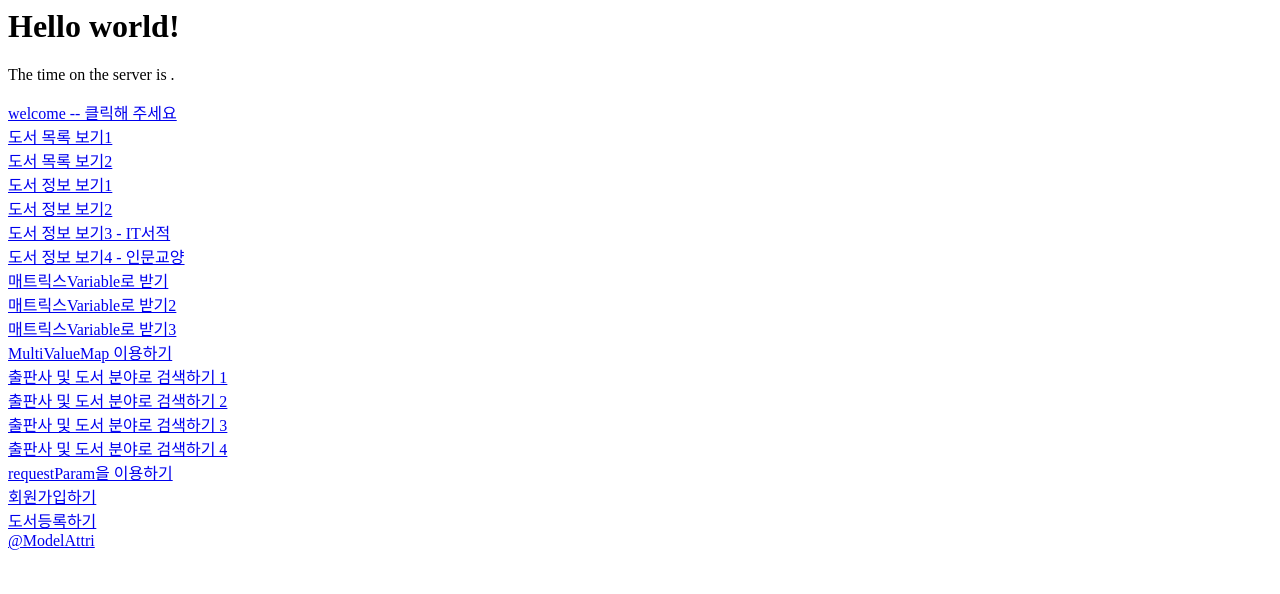
Repository: heojun0827/SpringLegacy
Page: http://localhost/book/WEB-INF/views/home.jsp
The author's editor kept a copy of each file at every save. The page is drawn from the files as they stood at one save, then again after the next save.
The browser window is 1280 px wide. The pictures show the whole page.
The page is served by Tomcat 9. Nobody is signed in. The template is opened directly, without the code that normally fills it, so the values that code supplies are empty.

Above is the page before, as saved 2023-07-12 05:26:56.

After the next save:
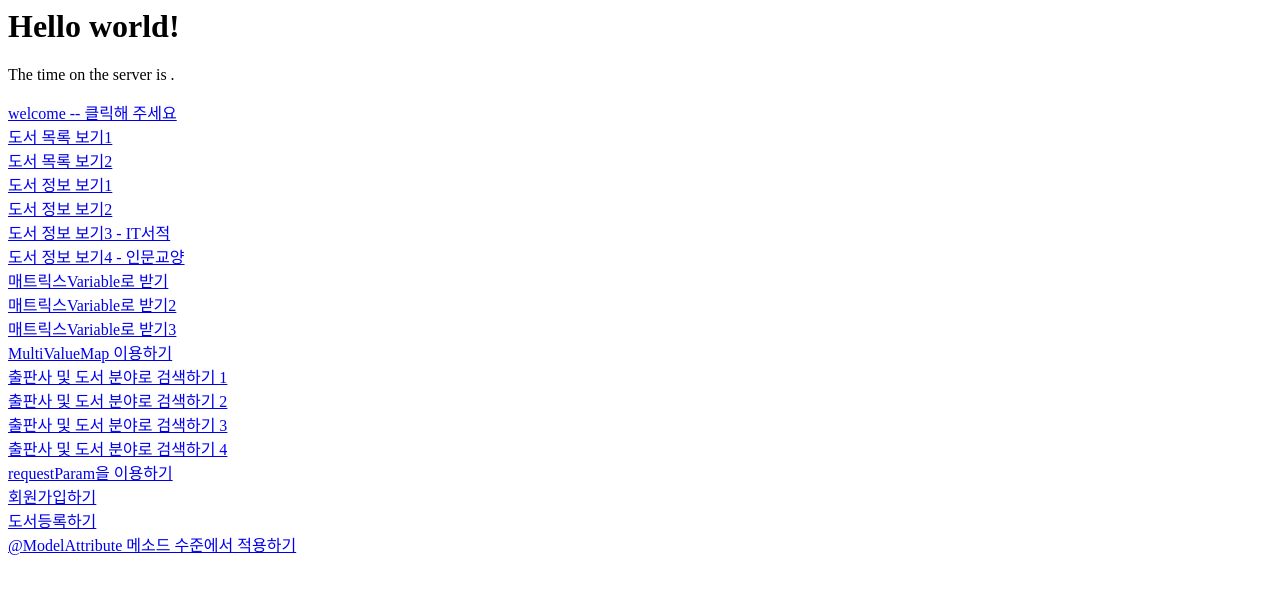
Saved 5 s later.
--- a/book/src/main/webapp/WEB-INF/views/home.jsp
+++ b/book/src/main/webapp/WEB-INF/views/home.jsp
@@ -33,6 +33,6 @@
 	<a href="/test/regForm">회원가입하기</a><br>
 	<a href="/books/regBook">도서등록하기</a><br>
 
-	<a href="/test/t9">@ModelAttri</a>
+	<a href="/test/t9">@ModelAttribute 메소드 수준에서 적용하기</a>
 </body>
 </html>
